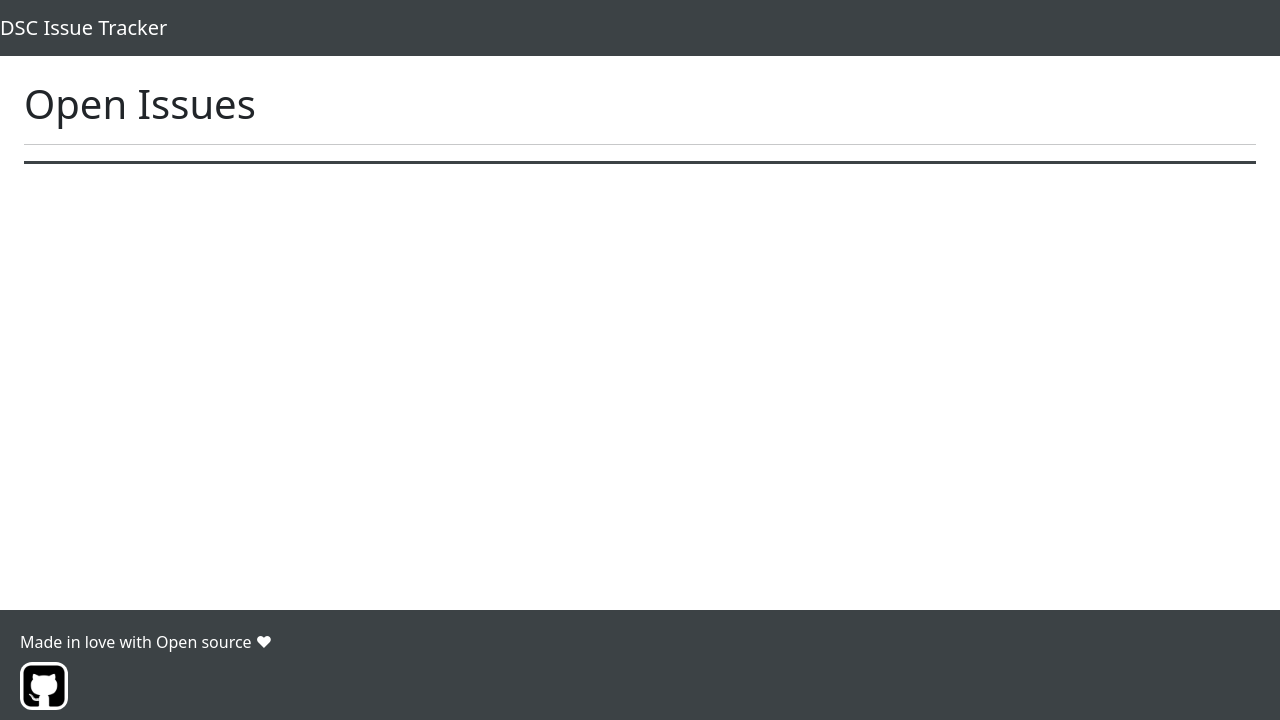
Repository: Tsardines/issue-tracker
Page: index.html
An editor plug-in stored every save of this project. The page is shown before and after the next save, followed by the edit.
The browser window is 1280 px wide. The pictures show the whole page.
The pointer rests on the first visible `.footer-links_github`.
Some web libraries are served in a nearby version.

Above is the page before, as saved 2019-10-06 21:57:36.
Console error: SyntaxError: Cannot use import statement outside a module

### index.html
<!DOCTYPE html>
<html lang="en">
<head>
    <meta charset="UTF-8">
    <meta name="viewport" content="width=device-width, initial-scale=1.0">
    <meta http-equiv="X-UA-Compatible" content="ie=edge">
    <title>DSC Issue Tracker</title>
    <link rel="stylesheet" href="./node_modules/bootstrap/dist/css/bootstrap.min.css">
    <link rel="stylesheet" href="./css/index.css">
</head>
<body>
    <nav class="navbar navbar-dark">
        <a class="navbar-brand" href="#">
          DSC Issue Tracker
        </a>
    </nav>

    <div class="content-wrapper p-4">
        <h1>Open Issues</h1>
        <hr>
        <div class="content-card">
            <div id="issue-grid"></div>
        </div>
    </div>
    <div class="footer">
        <div class="text-white">
            Made in love with Open source ♥
        </div>
        <div class="footer-links">
            <img class="footer-links_github" src="./images/github.png" alt="github">
        </div>
    </div>
    <script src="./node_modules/popper.js/dist/umd/popper.min.js"></script>
    <script src="./node_modules/jquery/dist/jquery.min.js"></script>
    <script src="./node_modules/bootstrap/dist/js/bootstrap.min.js"></script>

    <script src="./dist/index.js"></script>
    <!-- <script type="module" src="./js/index.js"></script> -->
</body>
</html>

### css/index.css
.navbar {
    background-color:#3c4245;
}

.content-card {
    border-bottom: 3px solid #3c4245;
}

.issueCard {
    display: grid;
    grid-template-columns: auto;
}
.issue-card {
    background-color: #87aeaf;
    padding: 10px;
    color:white;
}

.issue-card > h4 > a {
    color:white;
    text-decoration-line: underline;

}
.issue-card > p > a {
    text-decoration-line: underline;
    color:blue;
    margin-left: 5px;
    margin-right: 5px;
}
.issue-card > p {
    margin-bottom: 2px;
    font-size: 12px;

}

.footer {
    background-color: #3c4245;
    position: absolute;
    bottom: 0;
    height: 110px;
    width: 100%;
    padding:20px;
    font-size: 16px;
}

.footer-links_github {
    background-color: white;
    border-radius: 0.75rem;
    margin-top: 0.5rem;
    width: 3rem;
}

### js/index.js
import injectToHTML from './ui'
fetch('https://api.github.com/search/issues?q=type:issue+org:dsc-jiit-128')
.then(res => res.json())
.then(data => injectToHTML(data.items))

After the next save:
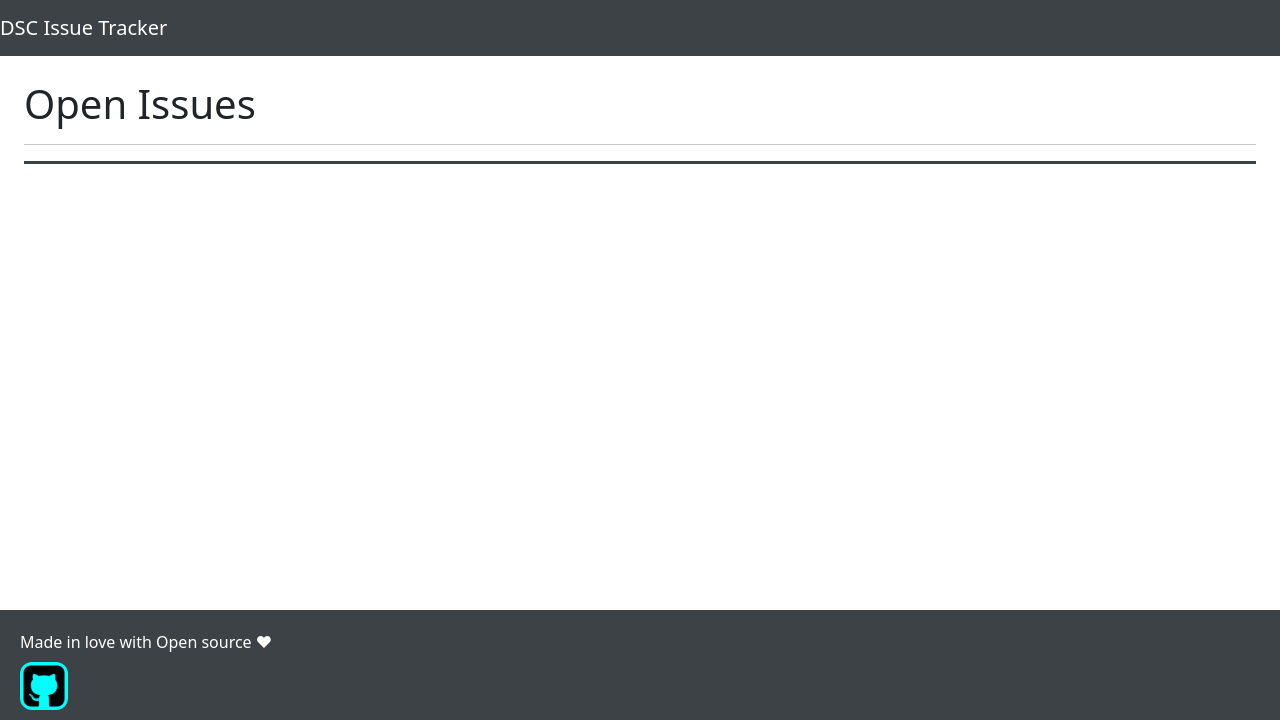
Saved 21 s later.
--- a/css/index.css
+++ b/css/index.css
@@ -49,3 +49,7 @@
     margin-top: 0.5rem;
     width: 3rem;
 }
+
+.footer-links_github:hover {
+    background-color: aqua;
+}
